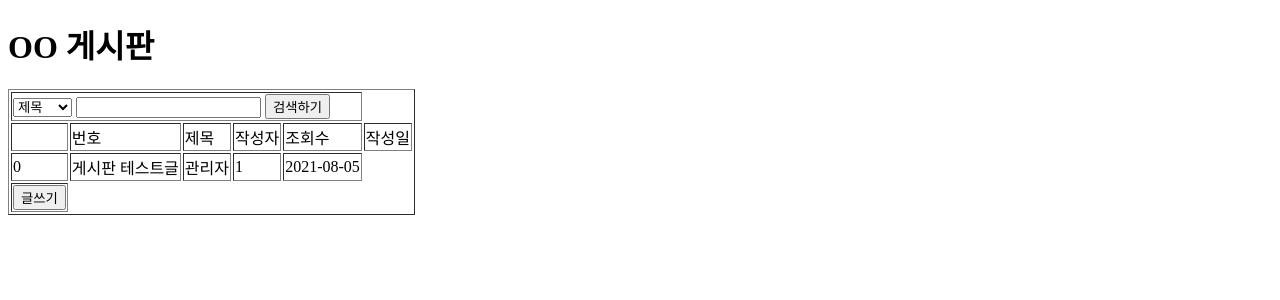
Repository: siucrystal/siuproject
Page: http://localhost/mini_project/board.jsp
These files come from the project's save history. The page is drawn as it stood at one moment and after the next save; the edit follows.
The browser window is 1280 px wide. The pictures show the whole page.
The page is served by Tomcat 9. Other server files are loaded and not shown.

Above is the page before, as saved 2023-09-21 06:58:37.

### jspws/mini_project/src/main/webapp/board.jsp
<%@ page language="java" contentType="text/html; charset=UTF-8"
    pageEncoding="UTF-8"%>
<!DOCTYPE html>
<html>
<head>
<meta charset="UTF-8">
<title>board</title>
</head>
<body>
	<h1>OO 게시판</h1>
	<table border='1'>
		<tbody>
			<tr>
				<td colspan="5">
					<select>
						<option>제목</option>
						<option>내용</option>
						<option>작성자</option>
					</select>
					<input type="text" name="b_search" id="b_search">
					<input type="button" value="검색하기" id="b_searchBtn">
				</td>
			</tr>


			<th> <td>번호</td><td>제목</td><td>작성자</td><td>조회수</td><td>작성일</td> </th>
			<tr> <td>0</td> <td>게시판 테스트글</td><td>관리자</td><td>1</td><td>2021-08-05</td> </tr>


			<tr>
				<td><a href="write.jsp"><input type="button" value="글쓰기" id="b_writeBtn"></a></td>
			</tr>
		</tbody>
	</table>
</body>
</html>

After the next save:
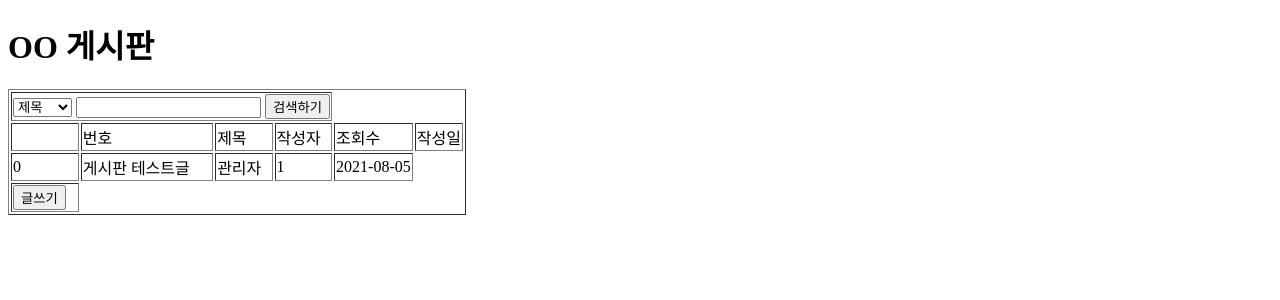
Saved 20 s later.
--- a/jspws/mini_project/src/main/webapp/board.jsp
+++ b/jspws/mini_project/src/main/webapp/board.jsp
@@ -11,7 +11,7 @@
 	<table border='1'>
 		<tbody>
 			<tr>
-				<td colspan="5">
+				<td colspan="4">
 					<select>
 						<option>제목</option>
 						<option>내용</option>

After the save that followed:
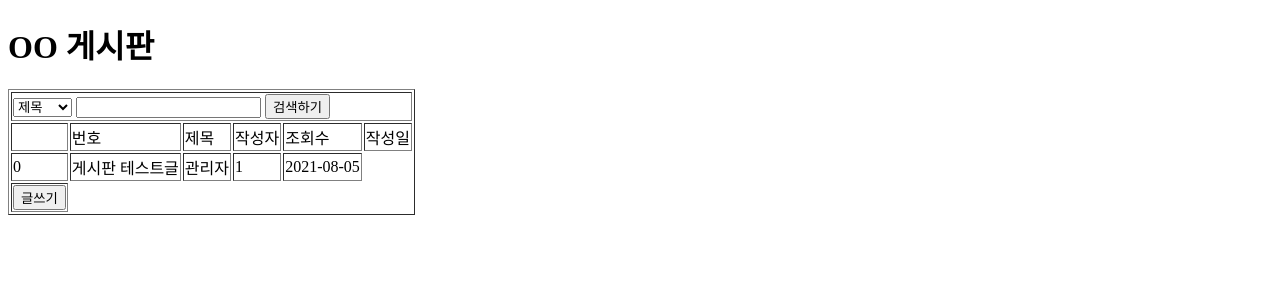
Saved 9 s later.
--- a/jspws/mini_project/src/main/webapp/board.jsp
+++ b/jspws/mini_project/src/main/webapp/board.jsp
@@ -11,7 +11,7 @@
 	<table border='1'>
 		<tbody>
 			<tr>
-				<td colspan="4">
+				<td colspan="6">
 					<select>
 						<option>제목</option>
 						<option>내용</option>
